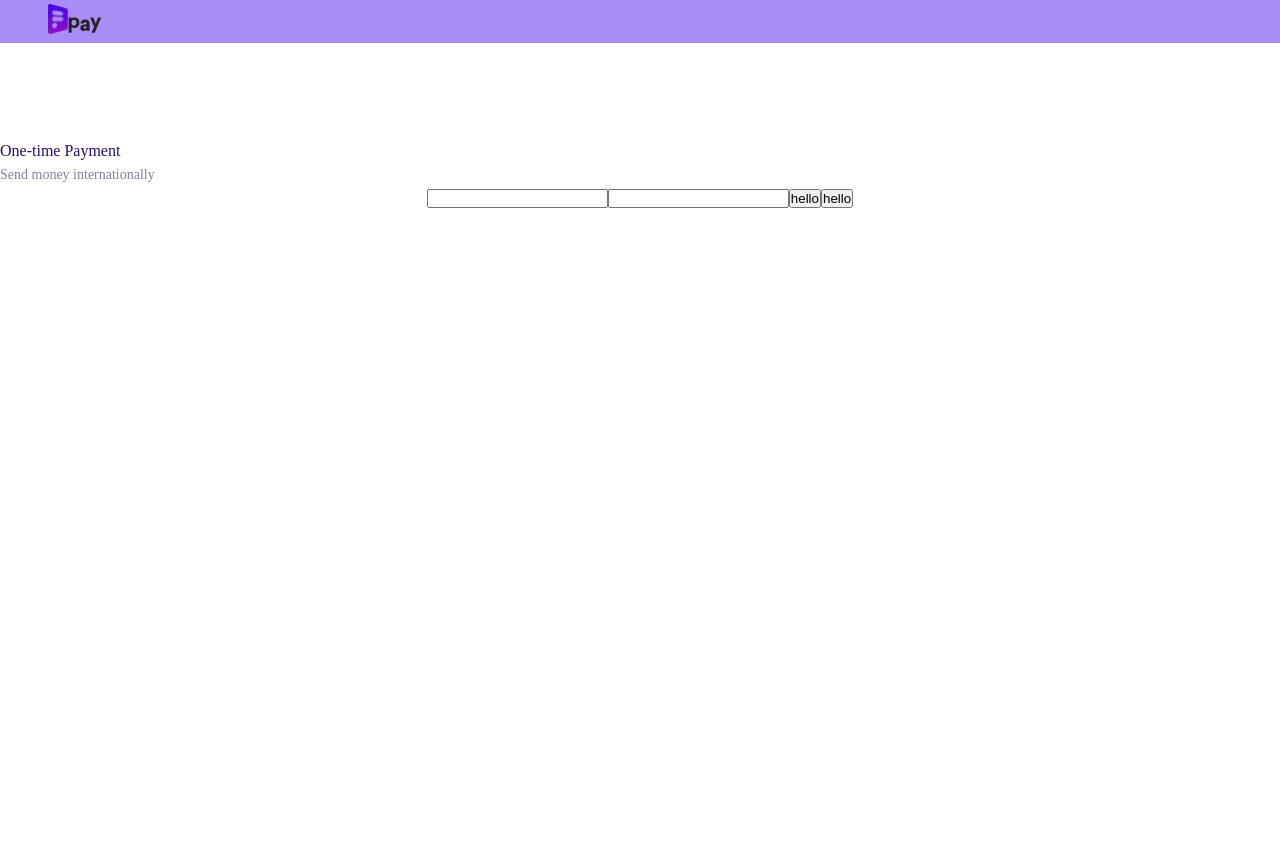
Repository: nilesjamex/fincra
Page: /
The author's editor kept a copy of each file at every save. The page is drawn from the files as they stood at one save, then again after the next save.
The browser window is 1280 px wide. The pictures show the whole page.
The project was rebuilt for these pictures with package versions that can differ from the ones it lists, and the page was loaded fresh each time. The framework's server and built-in components were replaced by stand-ins that run in the browser. Also part of the build but not shown: next.config.js.

Above is the page before, as saved 2021-11-01 09:49:14.

After the next save:
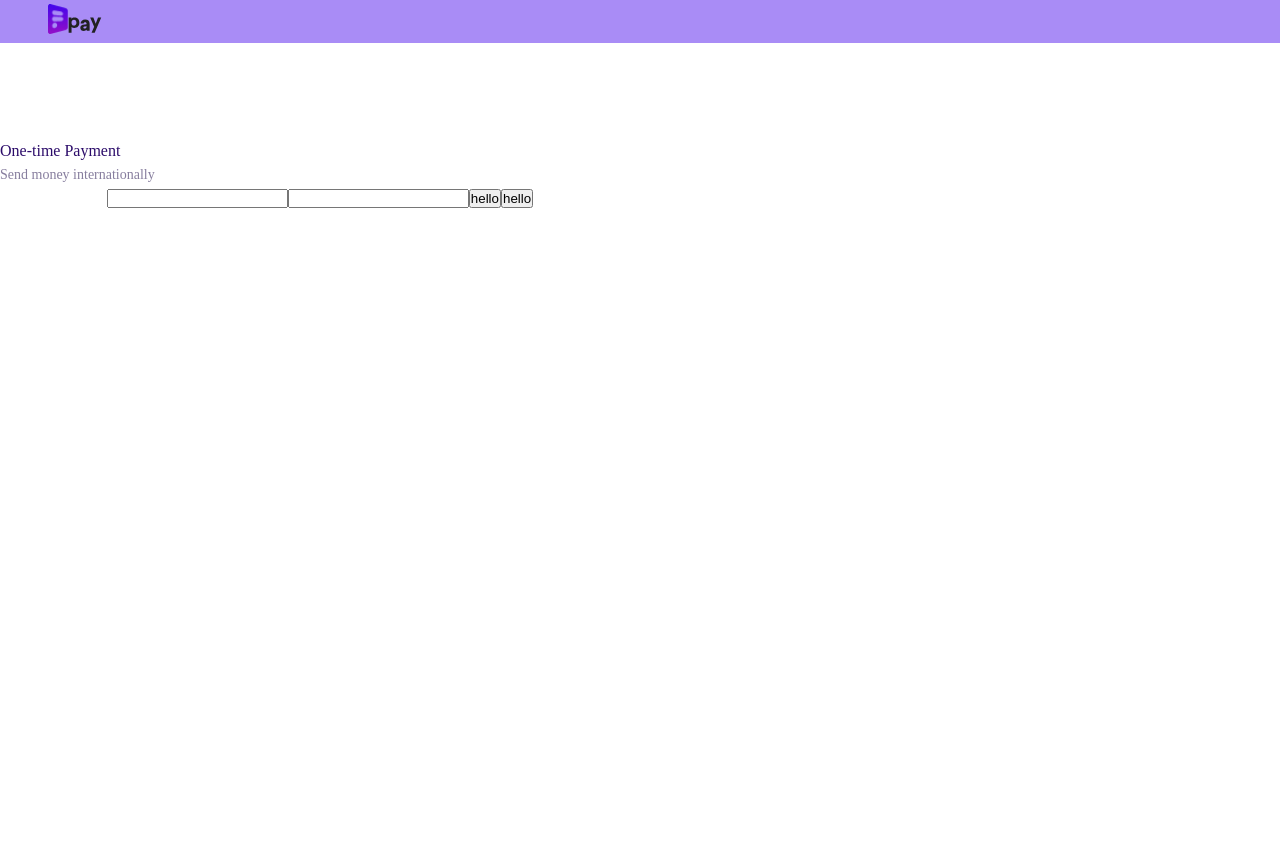
Saved 31 s later.
--- a/Components/pay.module.css
+++ b/Components/pay.module.css
@@ -1,5 +1,6 @@
 .container {
     text-align: center;
+    width: 50vw;
 }
 .paymentText {
     text-align: left;
